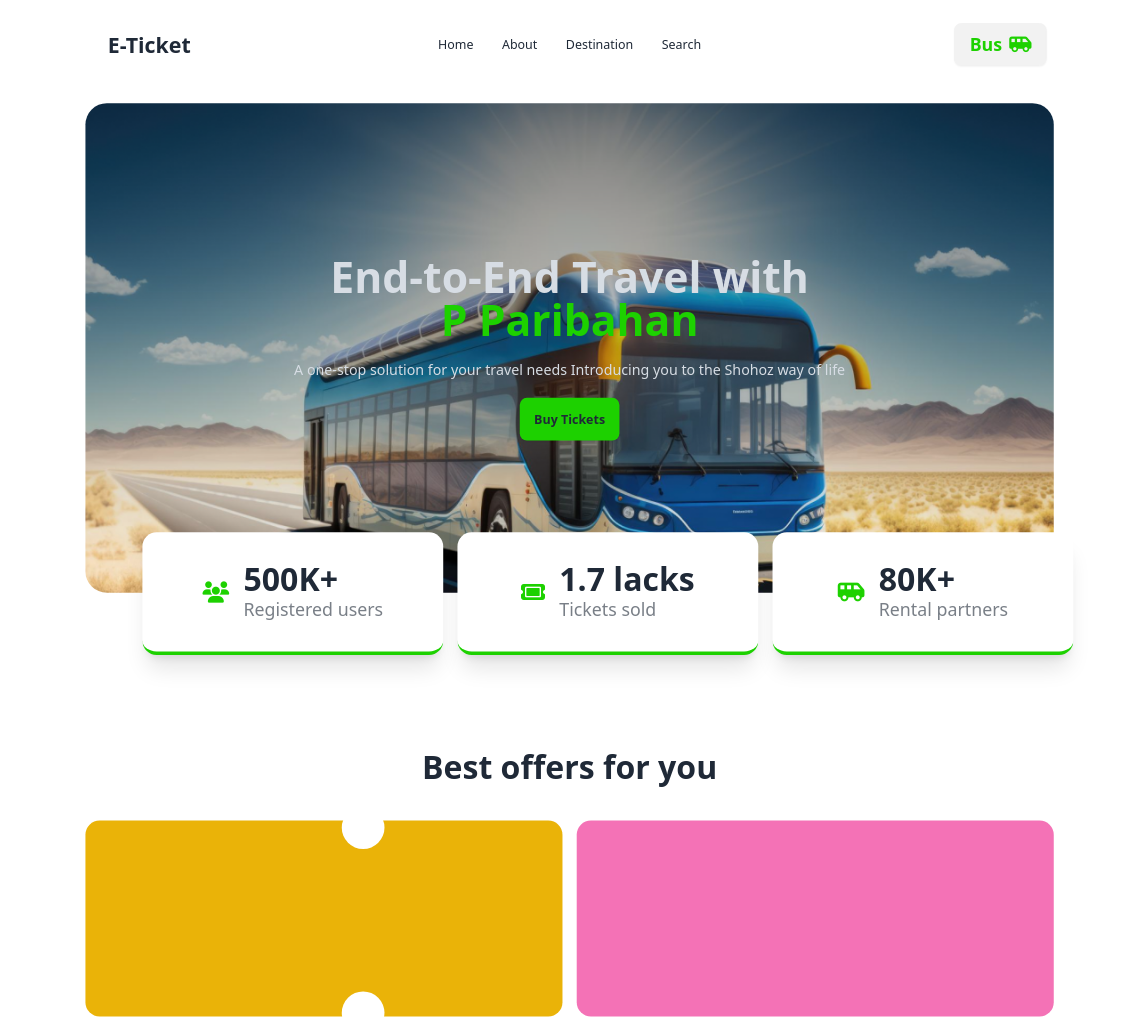
Repository: RudrasahaDibos/Smart-ticketing
Page: index.html
These files come from the project's save history. The page is drawn as it stood at one moment and after a run of saves; the edit follows.
The browser window is 1280 px wide. The pictures show the whole page, at 89% of full size.
Some web fonts or font styles are not loaded; a fallback is used. Some web libraries are served in a nearby version.

Above is the page before, as saved 2024-11-10 01:20:57.

After the next 6 saves:
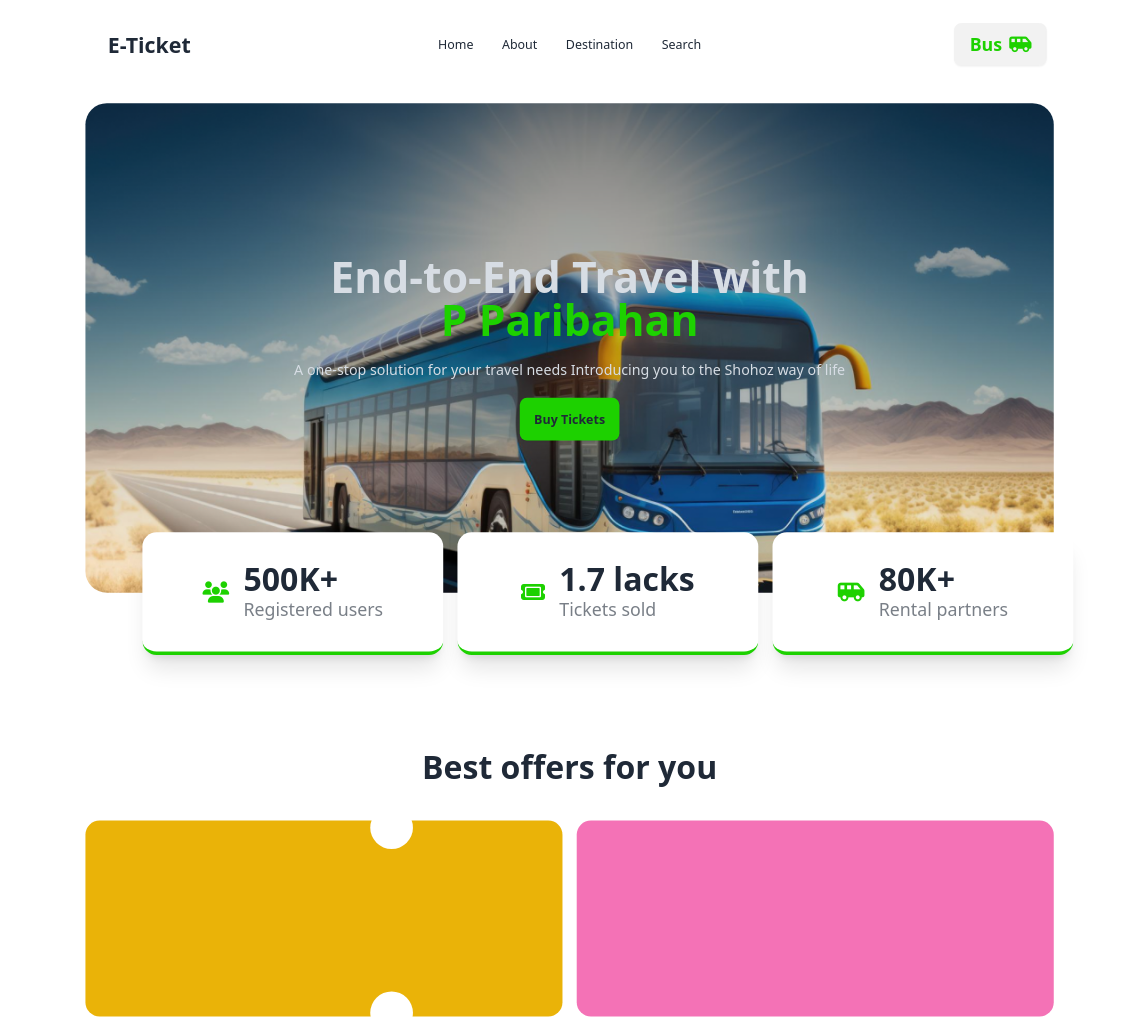
The 6 saves are shown as one change because they came seconds apart.
The last was saved 25 s later.
--- a/index.html
+++ b/index.html
@@ -156,8 +156,8 @@
 
                                 <div class="flex gap-4 mt-10">
                                     <div class="bg-yellow-500  w-[573px] h-[220px]  rounded-2xl">
-                                               <p class="bg-white w-[48px] h-[48px] absolute mx-auto rounded-full ml-72 -mt-4  "></p>
-                                               <p class="bg-white w-[48px] h-[48px] absolute mx-auto rounded-full ml-72 mt-48  "></p>
+                                               <p class="bg-white w-[48px] h-[48px] absolute mx-auto rounded-full ml-80 -mt-4  "></p>
+                                               <p class="bg-white w-[48px] h-[48px] absolute mx-auto rounded-full ml-80 mt-48  "></p>
                                     </div>
                                     <div class="bg-pink-400   w-[573px] h-[220px] rounded-2xl">
 
